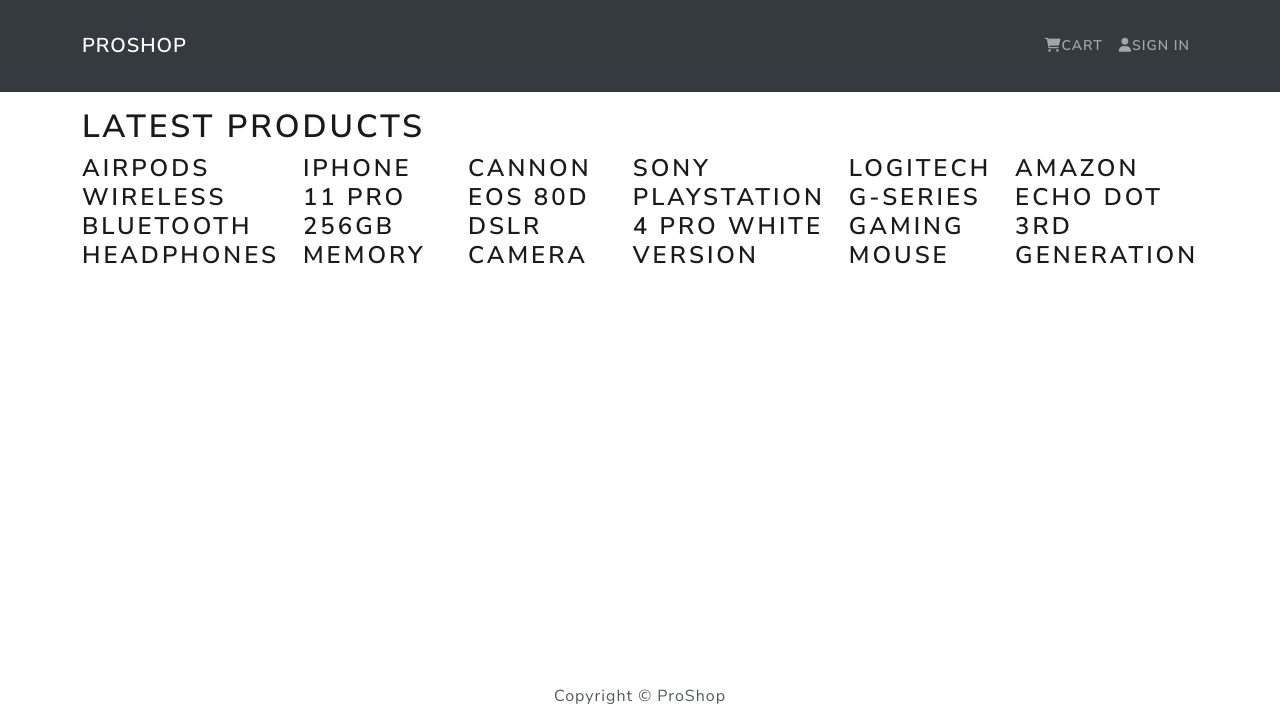
Repository: KarnoSarker/ProShop
Page: / (app in frontend/)
These files come from the project's save history. The page is drawn as it stood at one moment and after the next save; the edit follows.
The browser window is 1280 px wide. The pictures show the whole page.
The project was rebuilt for these pictures with package versions that can differ from the ones it lists, and the page was loaded fresh each time.

Above is the page before, as saved 2022-09-03 18:10:18.

After the next save:
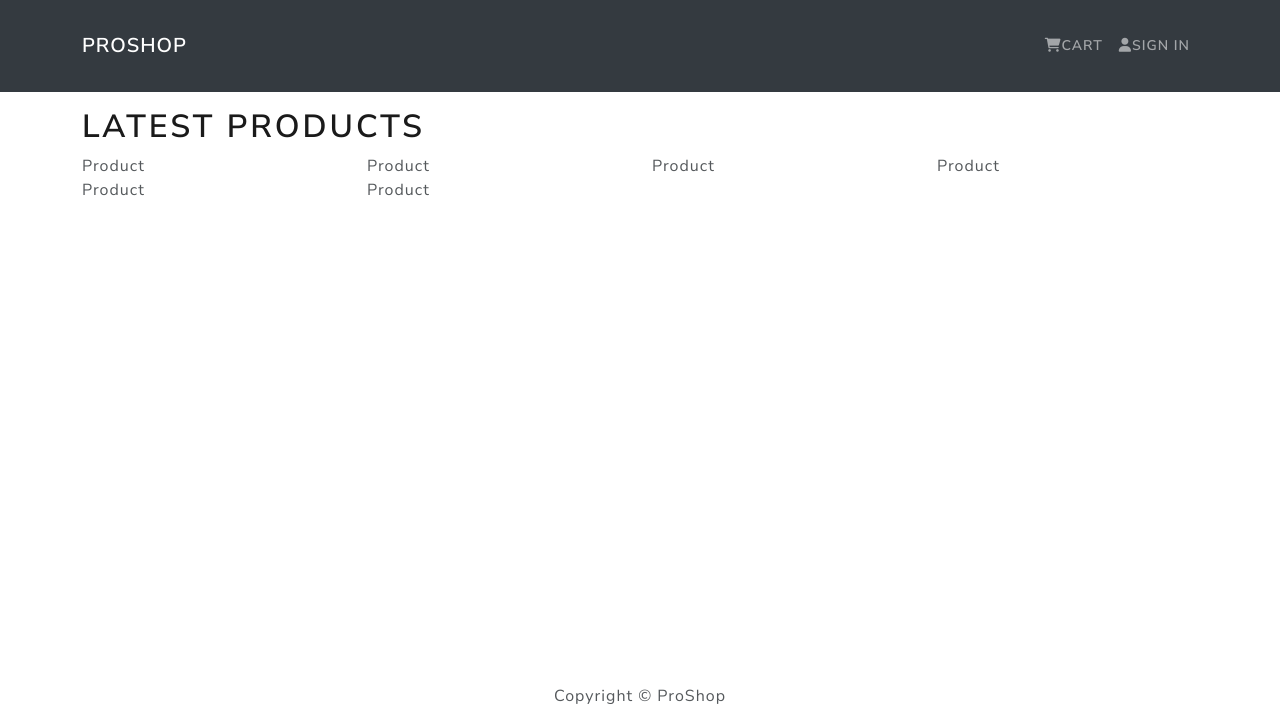
Saved 17 s later.
--- a/frontend/src/screens/HomeScreen.js
+++ b/frontend/src/screens/HomeScreen.js
@@ -1,6 +1,7 @@
 import React from 'react';
 import { Col, Row } from 'react-bootstrap';
 import products from '../products';
+import Product from '../components/Product';
 
 const HomeScreen = () => {
   return (
@@ -8,8 +9,8 @@
       <h1>Latest Products</h1>
       <Row>
         {products.map((product) => (
-          <Col>
-            <h3>{product.name}</h3>
+          <Col sm={12} md={6} lg={4} xl={3}>
+            <Product product={product} />
           </Col>
         ))}
       </Row>
